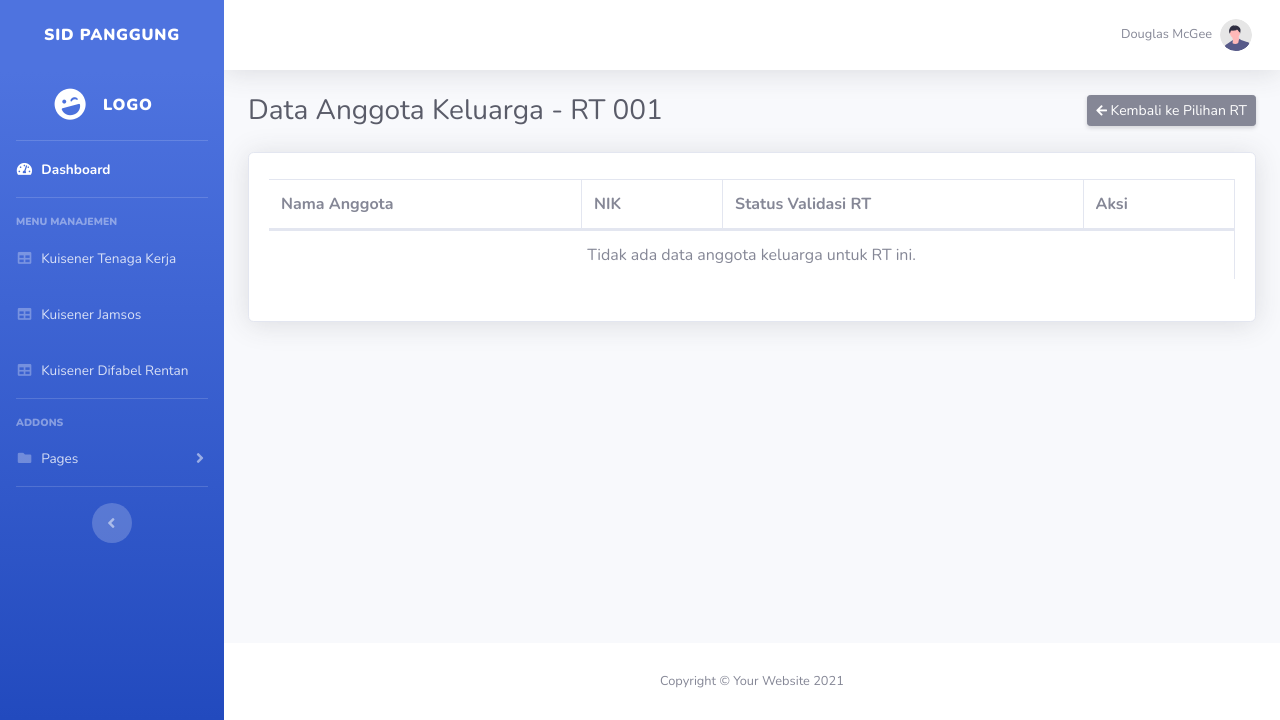
Repository: rusmn06/webpanggung
Page: http://localhost/admin/tenagakerja/rt/1
These files come from the project's save history. The page is drawn as it stood at one moment and after the next save; the edit follows.
The browser window is 1280 px wide. The pictures show the whole page.
The page is served by the project's Laravel application, run on PHP 8.4 with Laravel 12. A made-up administrator, Test User (test@example.com), is signed in. Queries for data that is not in the repository find no rows.

Above is the page before, as saved 2025-05-28 15:21:18.
Console error: TypeError: Cannot set properties of undefined (setting '_DT_CellIndex')

After the next save:
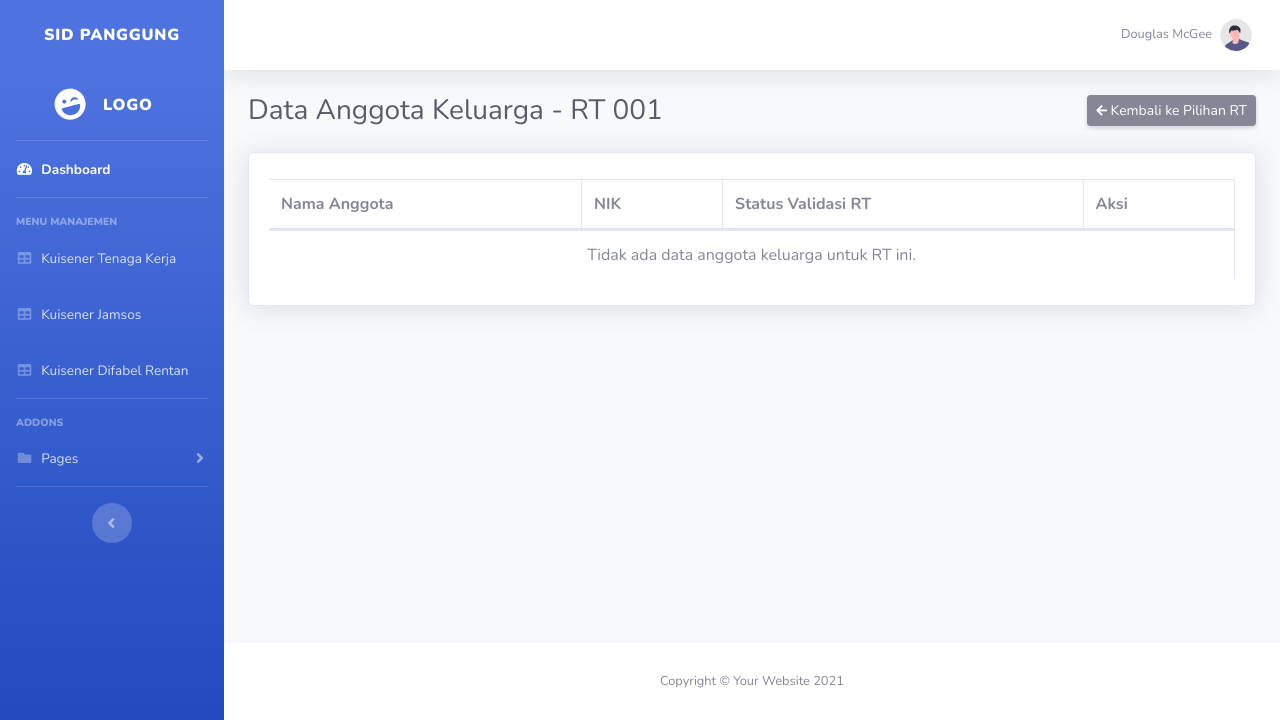
Saved 7 s later.
--- a/resources/views/admin/tkw/rtshow.blade.php
+++ b/resources/views/admin/tkw/rtshow.blade.php
@@ -62,9 +62,6 @@
                     </tbody>
                 </table>
             </div>
-            <div class="mt-3 d-flex justify-content-center">
-                {{ $items->links() }}
-            </div>
         </div>
     </div>
 @endsection
